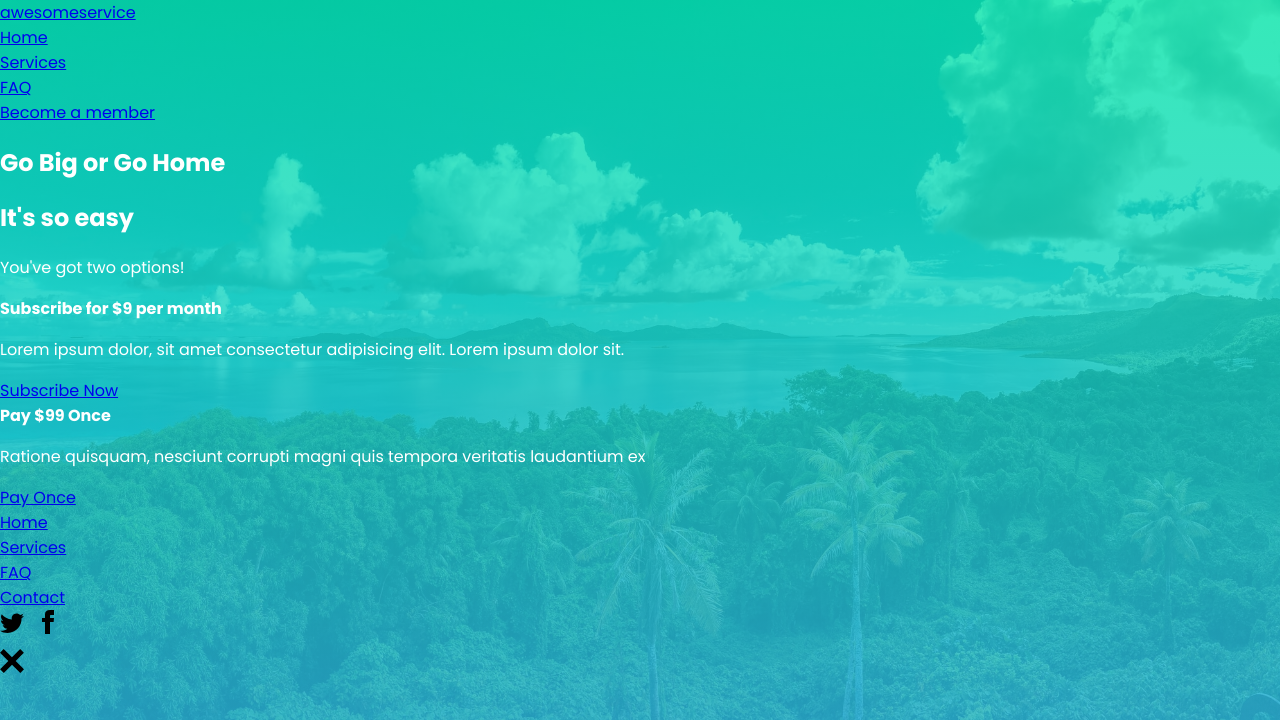
Repository: Hyperion72R/Animated-Navigation
Page: index.html
These files come from the project's save history. The page is drawn as it stood at one moment and after the next save; the edit follows.
The browser window is 1280 px wide. The pictures show the whole page.
The style sheet was rebuilt from its Sass, Less or Tailwind sources for each picture, by a compiler version that may differ from the author's.

Above is the page before, as saved 2021-08-14 15:56:58.

### index.html
<!DOCTYPE html>
<html lang="en">
  <head>
    <meta charset="UTF-8" />
    <meta http-equiv="X-UA-Compatible" content="IE=edge" />
    <meta name="viewport" content="width=device-width, initial-scale=1.0" />
    <title>Document</title>
    <link rel="stylesheet" href="css/main.css" />
  </head>
  <body>
    <header>
      <a href="#" class="logo">awesomeservice</a>

      <nav>
        <ul>
          <li><a href="#">Home</a></li>
          <li><a href="#">Services</a></li>
          <li><a href="#">FAQ</a></li>
          <li class="active"><a href="#">Become a member</a></li>
        </ul>
      </nav>
    </header>

    <section>
      <h1>Go Big or Go Home</h1>
    </section>

    <div class="overlay">
      <div class="left">
        <h2>It's so easy</h2>
        <p>You've got two options!</p>

        <div class="cards">
          <div class="card">
            <strong>Subscribe for $9 per month</strong>
            <p>
              Lorem ipsum dolor, sit amet consectetur adipisicing elit. Lorem
              ipsum dolor sit.
            </p>
            <a href="#" class="cta">Subscribe Now</a>
          </div>

          <div class="card">
            <strong>Pay $99 Once</strong>
            <p>
              Ratione quisquam, nesciunt corrupti magni quis tempora veritatis
              laudantium ex
            </p>
            <a href="#" class="cta pay-once">Pay Once</a>
          </div>
        </div>
      </div>

      <div class="middle">
        <ul class="secondary">
          <li><a href="#">Home</a></li>
          <li><a href="#">Services</a></li>
          <li><a href="#">FAQ</a></li>
          <li><a href="#">Contact</a></li>
        </ul>

        <div class="social-nav">
          <a href="" class="twitter"
            ><svg
              xmlns="http://www.w3.org/2000/svg"
              width="32"
              height="32"
              viewBox="0 -1.15 32 32"
            >
              <path
                d="M24 4.557c-.883.392-1.832.656-2.828.775 1.017-.609 1.798-1.574 2.165-2.724-.951.564-2.005.974-3.127 1.195-.897-.957-2.178-1.555-3.594-1.555-3.179 0-5.515 2.966-4.797 6.045-4.091-.205-7.719-2.165-10.148-5.144-1.29 2.213-.669 5.108 1.523 6.574-.806-.026-1.566-.247-2.229-.616-.054 2.281 1.581 4.415 3.949 4.89-.693.188-1.452.232-2.224.084.626 1.956 2.444 3.379 4.6 3.419-2.07 1.623-4.678 2.348-7.29 2.04 2.179 1.397 4.768 2.212 7.548 2.212 9.142 0 14.307-7.721 13.995-14.646.962-.695 1.797-1.562 2.457-2.549z"
              /></svg
          ></a>
          <a href="" class="facebook"
            ><svg
              xmlns="http://www.w3.org/2000/svg"
              width="32"
              height="32"
              viewBox="0 0 32 32"
            >
              <path
                d="M9 8h-3v4h3v12h5v-12h3.642l.358-4h-4v-1.667c0-.955.192-1.333 1.115-1.333h2.885v-5h-3.808c-3.596 0-5.192 1.583-5.192 4.615v3.385z"
              /></svg
          ></a>
        </div>
      </div>

      <div class="right">
        <svg
          class="exit"
          xmlns="http://www.w3.org/2000/svg"
          width="58"
          height="58"
          viewBox="0 0 58 58"
        >
          <path
            d="M24 20.188l-8.315-8.209 8.2-8.282-3.697-3.697-8.212 8.318-8.31-8.203-3.666 3.666 8.321 8.24-8.206 8.313 3.666 3.666 8.237-8.318 8.285 8.203z"
          />
        </svg>
      </div>
    </div>
  </body>
</html>

### css/main.scss
@import url("https://fonts.googleapis.com/css2?family=Poppins:ital,wght@0,400;0,500;0,600;0,700;0,800;0,900;1,400;1,500;1,600;1,700;1,800;1,900&display=swap");

*,
*:before,
*::after {
  box-sizing: border-box;
}

body {
  height: 100vh;
  //   background: #8000ff url("../assets/images/bg.jpg");
  //   background: linear-gradient(rgba(4, 230, 168, 0.8), rgba(44, 189, 230, 0.8)),
  //     url("../assets/images/bg.jpg");
  background: linear-gradient(rgba(4, 230, 168, 0.8), rgba(44, 189, 230, 0.8)),
    url("../assets/images/bg.jpg");
  background-size: cover;
  color: white;
  font-family: "Poppins";
  margin: 0;
  //   overflow: hidden;
  background-repeat: no-repeat;
}

ul {
  list-style-type: none;
  margin: 0;
  padding: 0;
}

section,
header {
}

.overlay {
  //   display: none;
}

After the next save:
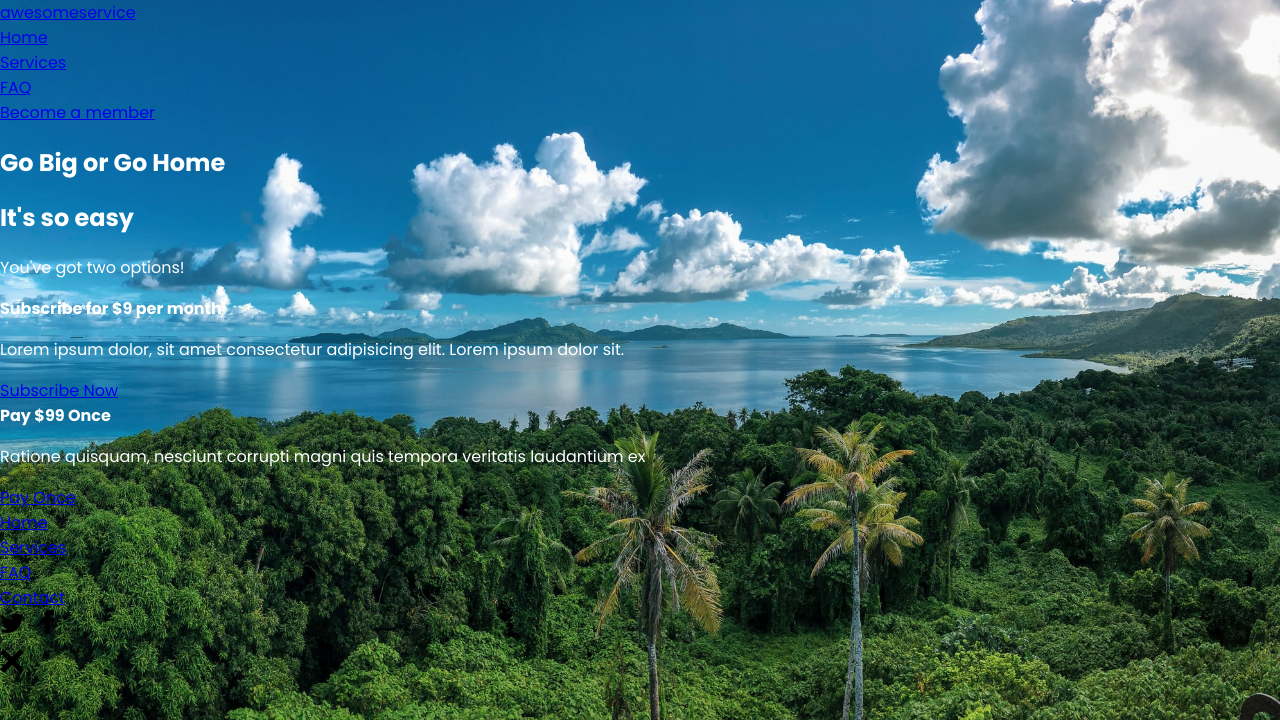
Saved 12 s later.
--- a/css/main.scss
+++ b/css/main.scss
@@ -11,8 +11,7 @@ body {
   //   background: #8000ff url("../assets/images/bg.jpg");
   //   background: linear-gradient(rgba(4, 230, 168, 0.8), rgba(44, 189, 230, 0.8)),
   //     url("../assets/images/bg.jpg");
-  background: linear-gradient(rgba(4, 230, 168, 0.8), rgba(44, 189, 230, 0.8)),
-    url("../assets/images/bg.jpg");
+  background: url("../assets/images/bg.jpg");
   background-size: cover;
   color: white;
   font-family: "Poppins";
